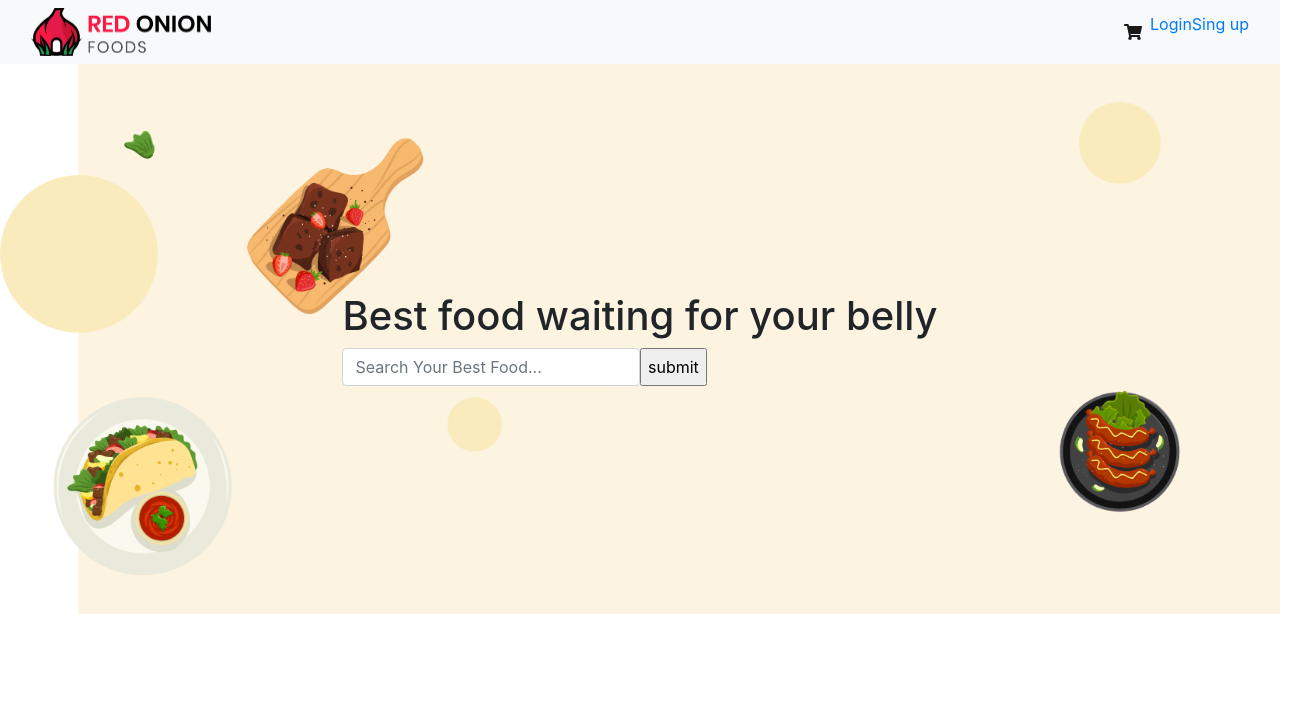
Repository: arif286/red-onion-client
Page: /
These files come from the project's save history. The page is drawn as it stood at one moment and after the next save; the edit follows.
The browser window is 1280 px wide. The page is 1280 px wide, then 1295 px, so the pictures cover 1295 px, including what lies to the right of the window. The pictures show the whole page.
The project was rebuilt for these pictures with package versions that can differ from the ones it lists, and the page was loaded fresh each time. Some packages were replaced by stand-ins written for this rebuild. Also part of the build but not shown: src/App.css, src/components/LogIn/Login.css, src/components/LogIn/firebase.config.js, src/components/LogIn/LoginManager.js, src/components/LogIn/Login.js, src/components/SingUp/SingUp.css, src/components/SingUp/SingUp.js.

Above is the page before, as saved 2021-03-21 14:49:39.

After the next save:
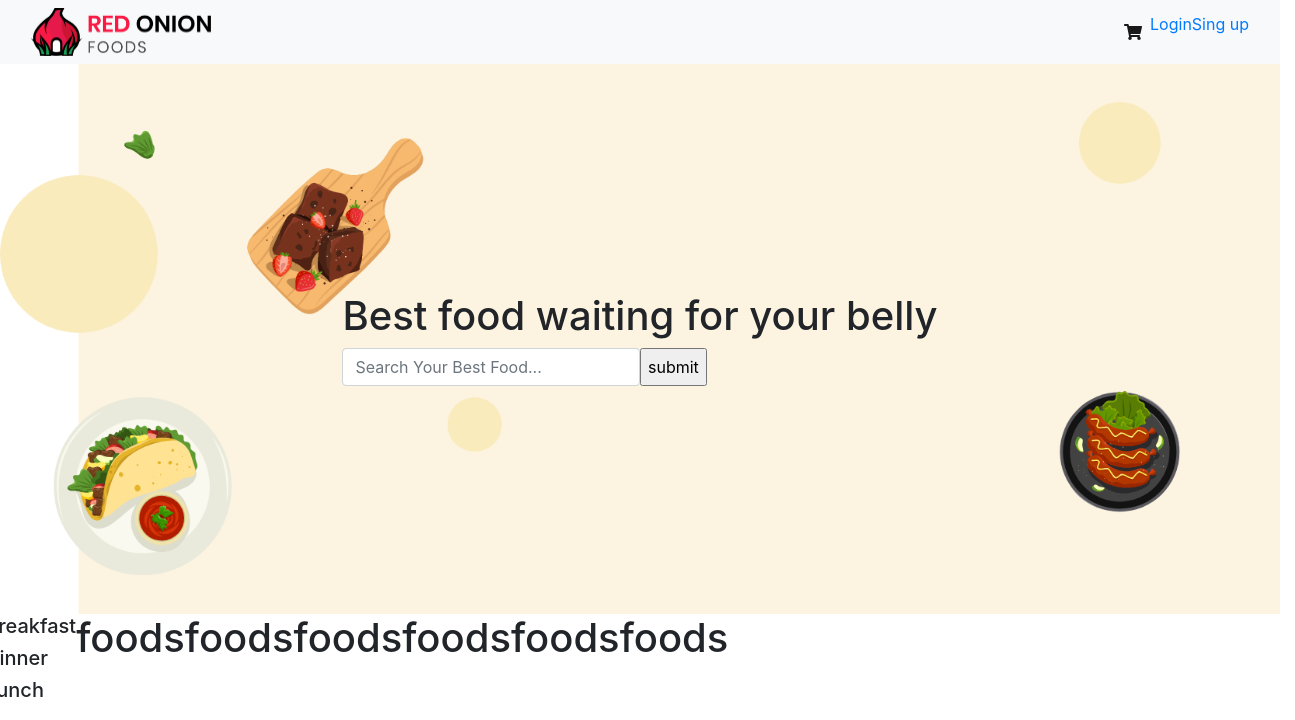
Saved 44 s later.
--- a/src/components/Home/Home.js
+++ b/src/components/Home/Home.js
@@ -1,4 +1,5 @@
 import React from 'react';
+import Food from '../Food/Food';
 import Header from '../Header/Header';
 import SearchBar from '../SearchBar/SearchBar';
 
@@ -6,7 +7,8 @@ const Home = () => {
     return (
         <>
             <Header />
-            <SearchBar/>
+            <SearchBar />
+            <Food/>
         </>
     );
 };
